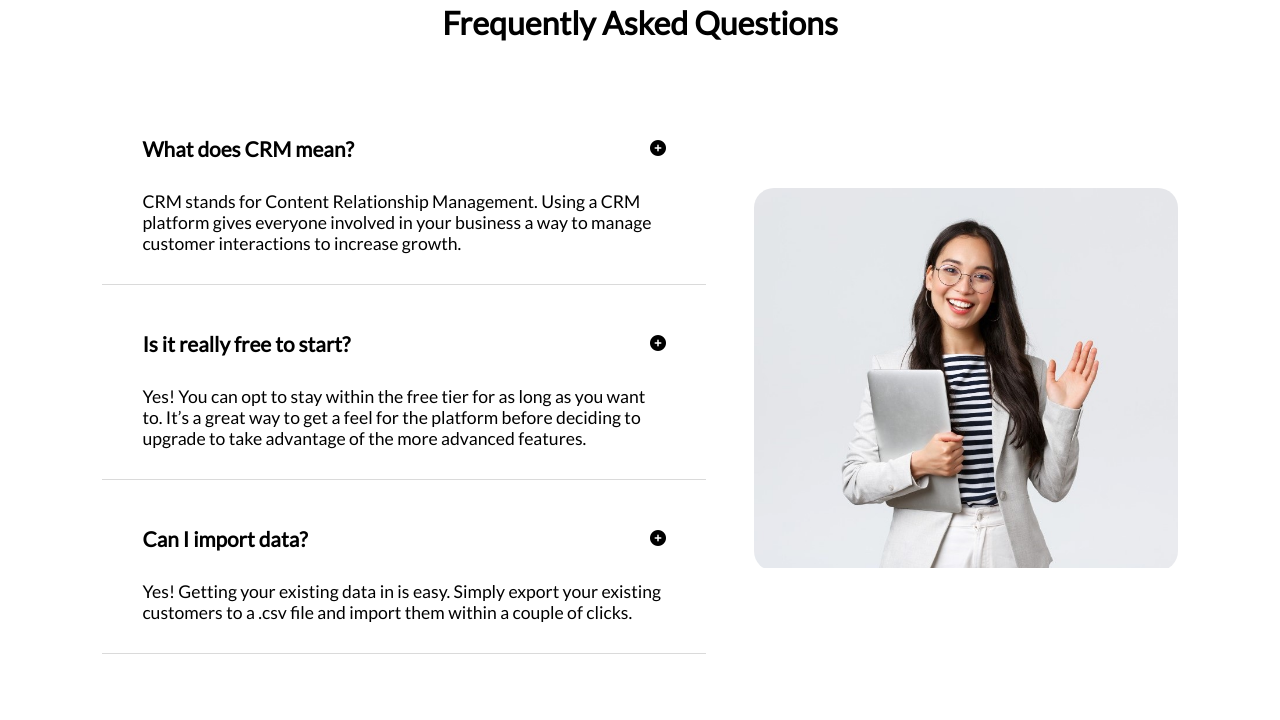
Repository: emiliaiwu/faq_component
Page: index.html
The author's editor kept a copy of each file at every save. The page is drawn from the files as they stood at one save, then again after the next save.
The browser window is 1280 px wide. The pictures show the whole page.
Some web libraries are served in a nearby version.

Above is the page before, as saved 2022-12-13 16:19:23.

After the next save:
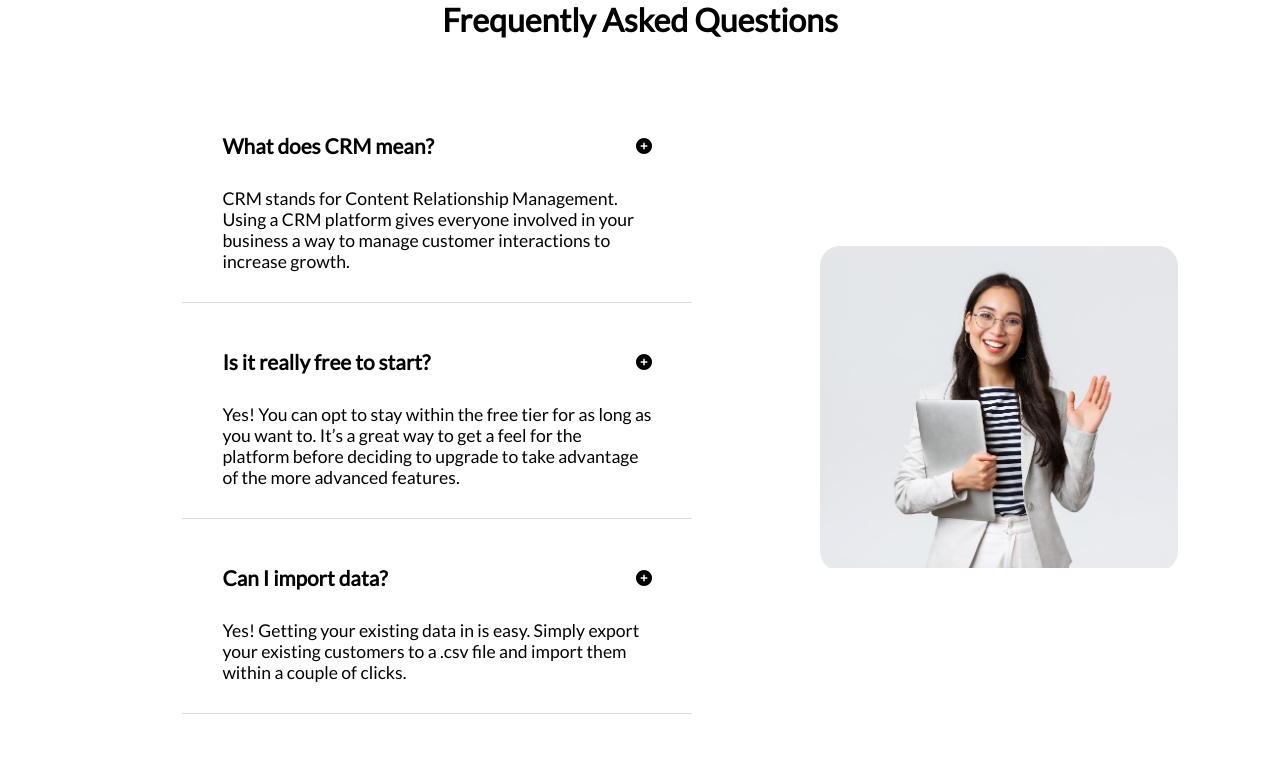
Saved 4 s later.
--- a/style.css
+++ b/style.css
@@ -64,7 +64,7 @@ img {
 }
 
 .faq_container {
-    padding: 0 ;
+    padding: 0 5rem;
     flex-direction: column;
     gap: 1rem;
 }
